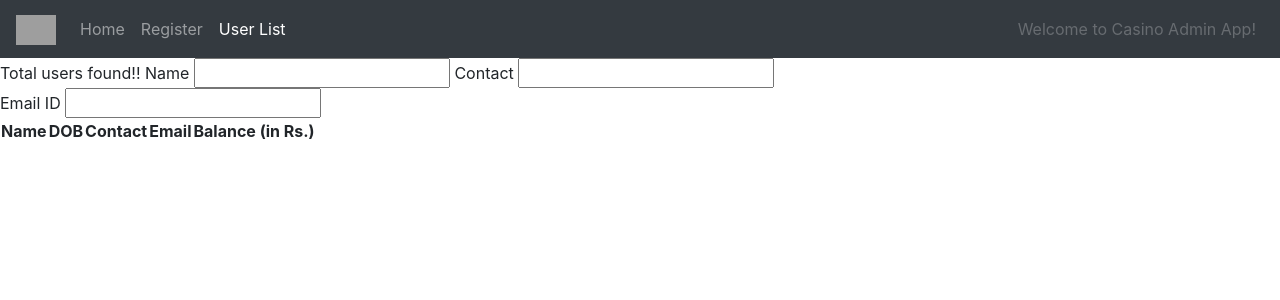
Repository: piyushrulesyou/CasinoGameApplication
Page: http://localhost/adminPanel/UsersList.jsp
These files come from the project's save history. The page is drawn as it stood at one moment and after the next save; the edit follows.
The browser window is 1280 px wide. The pictures show the whole page.
Pictures or frames that could not be fetched are drawn as grey boxes. The page is served by Tomcat 9. Nobody is signed in. The application's start-up code is not run. Other server files are loaded and not shown.

Above is the page before, as saved 2019-10-31 18:34:40.

### AdminPanel/adminPanel/src/main/webapp/UsersList.jsp
<%@ taglib uri="http://java.sun.com/jsp/jstl/core" prefix="c"%>

<%@ page language="java" contentType="text/html; charset=ISO-8859-1"
	pageEncoding="ISO-8859-1" isELIgnored="false"%>

<!DOCTYPE html>
<html>
<head>
<title>UsersList</title>
<meta charset="utf-8">

<meta name="viewport" content="width=device-width, initial-scale=1">


<link rel="stylesheet"
	href="https://maxcdn.bootstrapcdn.com/bootstrap/4.3.1/css/bootstrap.min.css">
<script
	src="https://ajax.googleapis.com/ajax/libs/jquery/3.4.1/jquery.min.js"></script>
<script
	src="https://cdnjs.cloudflare.com/ajax/libs/popper.js/1.14.7/umd/popper.min.js"></script>
<script
	src="https://maxcdn.bootstrapcdn.com/bootstrap/4.3.1/js/bootstrap.min.js"></script>
</head>
<body>

	<nav class="navbar navbar-expand-sm bg-dark navbar-dark">
		<!-- 	<nav class="navbar navbar-expand-sm navbar-light bg-faded"> -->
		<a class="navbar-brand" href="index.jsp"> <img
			src="https://www.slotnite.com/images/sliders/livecasino/casino1.png"
			alt="logo" style="width: 40px;">
		</a>

		<!-- Links -->
		<ul class="navbar-nav mr-auto">
			<li class="nav-item"><a class="nav-link" href="index.jsp">Home</a></li>
			<li class="nav-item"><a class="nav-link" href="register">Register</a></li>
			<li class="nav-item"><a class="nav-link active" href="">User
					List</a></li>
		</ul>
		<ul class="navbar-nav">
			<li class="nav-item"><span class="nav-link disabled">Welcome
					to Casino Admin App!</span></li>
		</ul>
	</nav>

	Total ${listOfUsers.size()} users found!! Name



	<input type="text" id="filterName" name="filterName"> Contact
	<input type="text" id="filterContact" name="filterContact">
	<br> Email ID
	<input type="text" id="filterEmail" name="filterEmail">



	<table class="w3-table-all w3-centered">
		<tr>
			<th>Name</th>
			<th>DOB</th>
			<th>Contact</th>
			<th>Email</th>
			<th>Balance (in Rs.)</th>
			<!-- 			<th>Actions</th> -->
		</tr>

		<c:forEach items="${listOfUsers}" var="eachUser">

			<tr>
				<td>${eachUser.customerName}</td>
				<td>${eachUser.dateOfBirth}</td>
				<td>${eachUser.contactNumber}</td>
				<td>${eachUser.emailID}</td>
				<td>${eachUser.accountBalance}</td>

				<!-- 				<td><a -->
				<%-- 					href="edit?employeeCode=${item.employeeCode}&hrName=${hrName}"><button --%>
				<!-- 							class="buttonEdit">Edit</button></a> <a -->
				<%-- 					href="delete?employeeName=${item.employeeName}&employeeCode=${item.employeeCode}&hrName=${hrName}"><button --%>
				<!-- 							class="buttonDelete">Delete</button></a></td> -->

			</tr>
		</c:forEach>
	</table>

</body>
</html>

After the next save:
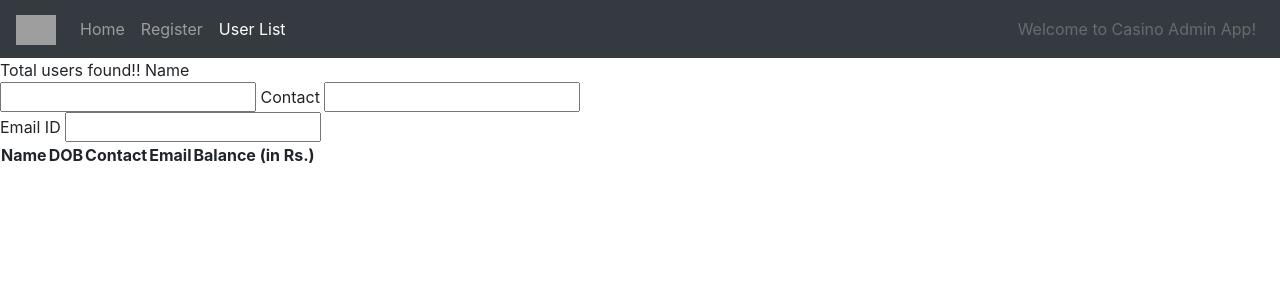
Saved 11 min 28 s later.
--- a/AdminPanel/adminPanel/src/main/webapp/UsersList.jsp
+++ b/AdminPanel/adminPanel/src/main/webapp/UsersList.jsp
@@ -46,13 +46,14 @@
 	Total ${listOfUsers.size()} users found!! Name
 
 
+	<form>
 
 	<input type="text" id="filterName" name="filterName"> Contact
 	<input type="text" id="filterContact" name="filterContact">
 	<br> Email ID
 	<input type="text" id="filterEmail" name="filterEmail">
 
-
+	</form>
 
 	<table class="w3-table-all w3-centered">
 		<tr>
